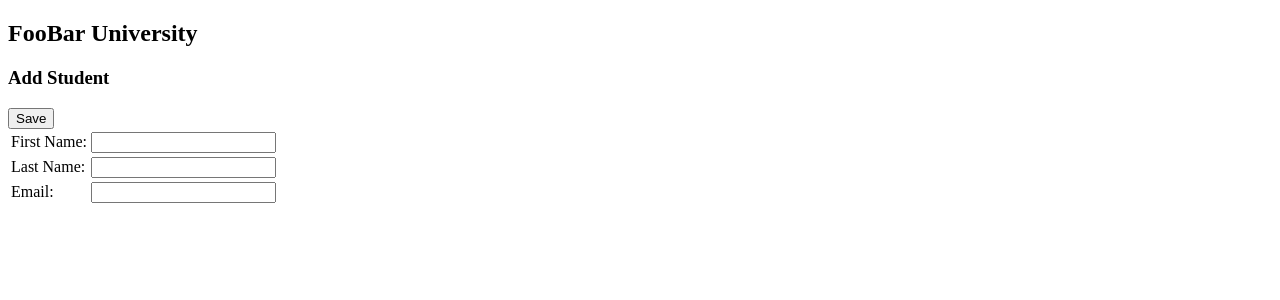
Repository: i-tanova/JEEProjects
Page: http://localhost/StudentsDB/add-student.jsp
These files come from the project's save history. The page is drawn as it stood at one moment and after the next save; the edit follows.
The browser window is 1280 px wide. The pictures show the whole page.
The page is served by Tomcat 9.

Above is the page before, as saved 2019-11-28 09:05:53.

After the next save:
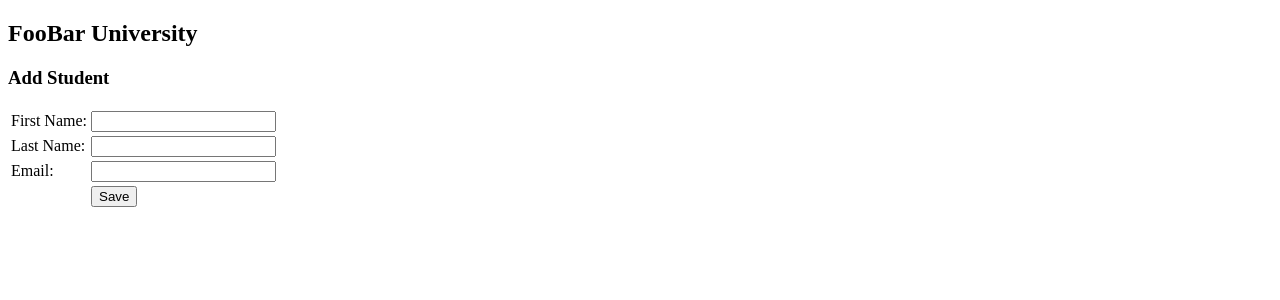
Saved 49 s later.
--- a/StudentsDB/WebContent/add-student.jsp
+++ b/StudentsDB/WebContent/add-student.jsp
@@ -38,7 +38,15 @@
   <td><input type="text" name="email"></td>
   </tr>
 
-  <input type="submit" value="Save" class="save">
+    <tr>
+  <td></td>
+  <td><input type="submit" value="Save" class="save"></td>
+  </tr>
+
+
+
+  </tbody>
+  </table>
 
 </form>
 
